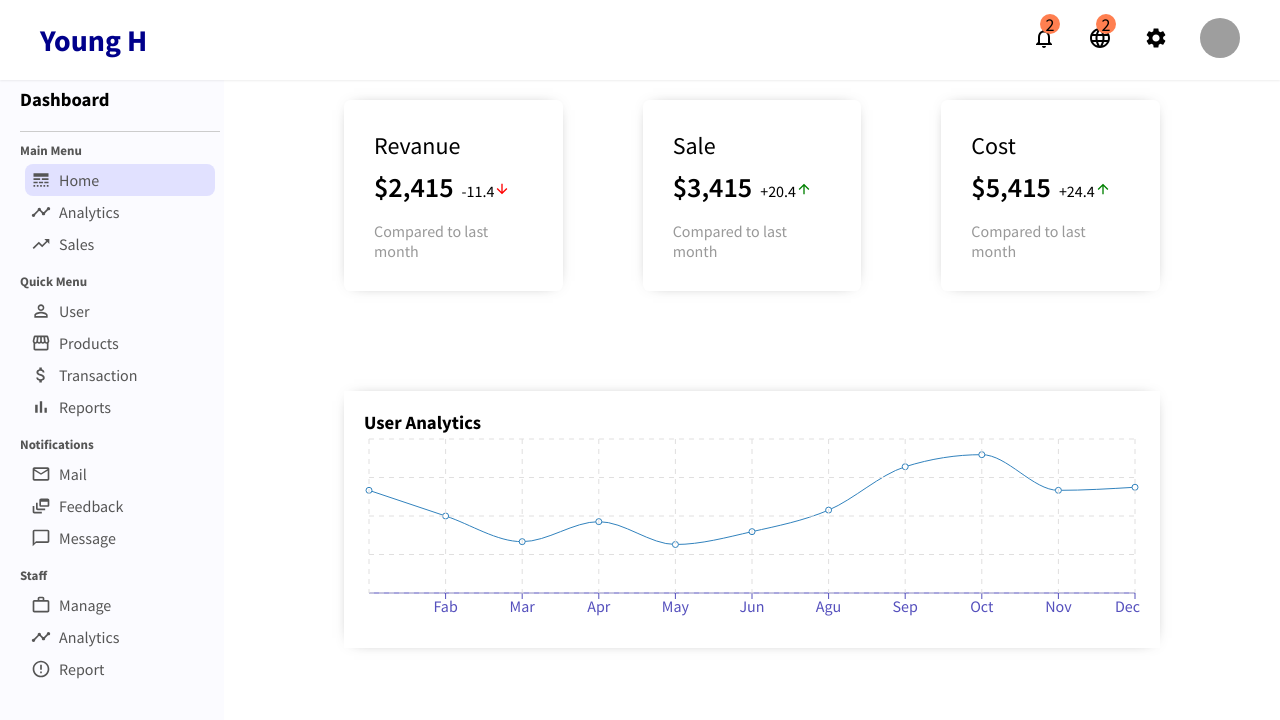
Repository: noname20011/admin
Page: /
These files come from the project's save history. The page is drawn as it stood at one moment and after the next save; the edit follows.
The browser window is 1280 px wide. The pictures show the whole page.
Pictures or frames that could not be fetched are drawn as grey boxes. The project was rebuilt for these pictures with package versions that can differ from the ones it lists, and the page was loaded fresh each time.

Above is the page before, as saved 2021-11-13 11:48:04.

### public/index.html
<!DOCTYPE html>
<html lang="en">
  <head>
    <meta charset="utf-8" />
    <link rel="icon" href="%PUBLIC_URL%/favicon.ico" />
    <meta name="viewport" content="width=device-width, initial-scale=1" />
    <meta name="theme-color" content="#000000" />
    <meta
      name="description"
      content="Web site created using create-react-app"
    />
    <!-- GOOGLE FONTS -->
    <link href="https://fonts.googleapis.com/css2?family=Source+Sans+Pro:wght@200;300;400;600;700;900&display=swap" rel="stylesheet">
    <style>
      * {
        font-family: 'Source Sans Pro', sans-serif;
        padding: 0;
        margin: 0;
      }
    </style>
    <title>React Admin App</title>
  </head>
  <body>
    <div id="root"></div>
  </body>
</html>

### src/App.js
import Topbar from "./comopnents/topbar/Topbar";
import Sidebar from "./comopnents/sidebar/Sidebar";
import Home from "./pages/home/Home.jsx"
import './app.css'
function App() {
  return (
    <div>
      <Topbar/>
      <div className="container">
        <Sidebar/>
        <Home/>
      </div>
    </div>
  );
}

export default App;

### src/comopnents/topbar/Topbar.jsx
import React from 'react'
import './topbar.css'

import { Language, NotificationsNone, Settings  } from '@material-ui/icons'

export default function Topbar() {
    return (
        <div className="topbar">
            <div className="topbarWrapper">
                <div className="topLeft">
                    <div className="logo">Young H</div>
                </div>
                <div className="topRight">
                    <div className="topbarIconContainer">
                        <NotificationsNone/>
                        <div className="topIconsBadge">2</div>
                    </div>
                    <div className="topbarIconContainer">
                        <Language/>
                        <div className="topIconsBadge">2</div>
                    </div>
                    <div className="topbarIconContainer">
                        <Settings/>
                    </div>
                    <div>
                        <img src="https://images.pexels.com/photos/1526814/pexels-photo-1526814.jpeg?auto=compress&cs=tinysrgb&dpr=2&w=500" alt="admin" className="topAvatar"/>
                    </div>
                </div>
            </div>
        </div>
    )
}

### src/comopnents/sidebar/Sidebar.jsx
import { AttachMoney, BarChart, ChatBubbleOutline, DynamicFeed, ErrorOutline, LineStyle, MailOutlined, PersonOutline, Storefront, Timeline, TrendingUp,  WorkOutlineOutlined } from '@material-ui/icons'
import React from 'react'
import "./sidebar.css"
export default function Sidebar() {
    return (
        <div className="sidebar">
            <div className="sidebarWrapper">
                <h3 className="sidebarTitle">Dashboard</h3>
                <div className="sidebarMenu">
                    <h4 className="sidebarMenuTitle">Main Menu</h4>
                    <ul className="sidebarLists">
                        <li className="sidebarListItem active">
                            <LineStyle className="sidebarIcon"/>
                            Home
                        </li>
                        <li className="sidebarListItem">
                            <Timeline className="sidebarIcon"/>
                            Analytics
                        </li>
                        <li className="sidebarListItem">
                            <TrendingUp className="sidebarIcon"/>
                            Sales
                        </li>
                    </ul>
                </div>
                <div className="sidebarMenu">
                    <h4 className="sidebarMenuTitle">Quick Menu</h4>
                    <ul className="sidebarLists">
                        <li className="sidebarListItem">
                            <PersonOutline className="sidebarIcon"/>
                            User
                        </li>
                        <li className="sidebarListItem">
                            <Storefront className="sidebarIcon"/>
                            Products
                        </li>
                        <li className="sidebarListItem">
                            <AttachMoney className="sidebarIcon"/>
                            Transaction
                        </li>
                        <li className="sidebarListItem">
                            <BarChart className="sidebarIcon"/>
                            Reports
                        </li>
                    </ul>
                </div>
                <div className="sidebarMenu">
                    <h4 className="sidebarMenuTitle">Notifications</h4>
                    <ul className="sidebarLists">
                        <li className="sidebarListItem">
                            <MailOutlined className="sidebarIcon"/>
                            Mail
                        </li>
                        <li className="sidebarListItem">
                            <DynamicFeed className="sidebarIcon"/>
                            Feedback
                        </li>
                        <li className="sidebarListItem">
                            <ChatBubbleOutline className="sidebarIcon"/>
                            Message
                        </li>
                    </ul>
                </div>
                <div className="sidebarMenu">
                    <h4 className="sidebarMenuTitle">Staff</h4>
                    <ul className="sidebarLists">
                        <li className="sidebarListItem">
                            <WorkOutlineOutlined className="sidebarIcon"/>
                            Manage
                        </li>
                        <li className="sidebarListItem">
                            <Timeline className="sidebarIcon"/>
                            Analytics
                        </li>
                        <li className="sidebarListItem">
                            <ErrorOutline className="sidebarIcon"/>
                            Report
                        </li>
                    </ul>
                </div>
            </div>
        </div>
    )
}

### src/pages/home/Home.jsx
import "./home.css"
import Feature from "../../comopnents/featureInfo/Feature"
import Chart from "../../comopnents/chart/Chart"
import {userData} from "../../dummyData"
export default function Home() {
    return (
        <div className="home">
            <Feature/>
            <Chart data={userData} title="User Analytics" grid dataKey="Active User"/>
        </div>
    )
}

### src/app.css
ul, li {
    list-style: none;
}

a {
    text-decoration: none;
}

.container {
    display: flex;
}

.other {
    flex: 4;
}

### src/comopnents/topbar/topbar.css
.topbar {
    width: 100%;
    height: 80px;
    background: #fff;
    box-shadow: 0 .5px 2px rgba(0, 0, 0, 0.07);

    position: sticky;
    top: 0;
    z-index: 1000;
}

.topbarWrapper {
    height: 100%;
    padding: 0 40px;
    display: flex;
    justify-content: space-between;
    align-items: center;
}

.logo {
    font-weight: bold;
    font-size: 30px;
    color: darkblue;
    cursor: pointer;
}

.topRight {
    display: flex;
    align-items: center;
    column-gap: 2rem;
}
.topbarIconContainer {
    position: relative;
    cursor: pointer;
}

.topIconsBadge {
    font-size: 18px;
    position: absolute;
    top: -12px;
    right: -4px;

    width: 20px;
    height: 20px;
    background-color: coral;
    border-radius: 50%;

    display: flex;
    place-content: center;
    place-items: center;
}

.topAvatar {
    width: 40px;
    height: 40px;
    object-fit: cover;
    border-radius: 50%;
    cursor: pointer;
}

### src/comopnents/sidebar/sidebar.css
.sidebar {
    flex: 1;
    background-color: rgb(251, 251, 255);
    position: sticky;
    top: 80px;
    height: calc(100vh - 80px);
}

.sidebarWrapper {
    padding: 8px 4px 0 20px;
}

.sidebarTitle {
    padding-bottom: 20px;
    margin-bottom: 10px;
    border-bottom: 1px solid #ccc;
}

.sidebarMenu {
    margin-bottom: 8px;
}

.sidebarMenuTitle {
    color: #555;
    font-size: 13px;
}

.sidebarLists {
    padding: 5px;
}

.sidebarListItem {
    display: flex;
    align-items: center;
    column-gap: .5rem;

    padding: 6px;
    color: #555;
    cursor: pointer;
    border-radius: .5rem;
}

.sidebarListItem.active,
.sidebarListItem:hover {
    background-color: rgb(225, 225, 255);
}

.sidebarIcon {
    font-size: 20px!important;
}

### src/pages/home/home.css
.home {
    flex: 4;
    margin: 0 80px;
}

### src/comopnents/featureInfo/Feature.jsx
import { ArrowDownward, ArrowUpward } from '@material-ui/icons'
import "./feature.css"

export default function Feature() {
    return (
        <div className="featured">
            <div className="featuredItem">
                <span className="featuredTitle">Revanue</span>
                <div className="featuredMoneyContainer">
                    <span className="featuredMoney">$2,415</span>
                    <span className="featuredMoneyRate">-11.4
                        <ArrowDownward className="featuredIcon negative"/>
                    </span>
                </div>
                <span className="featuredSub">Compared to last month
                </span>
            </div>

            <div className="featuredItem">
                <span className="featuredTitle">Sale</span>
                <div className="featuredMoneyContainer">
                    <span className="featuredMoney">$3,415</span>
                    <span className="featuredMoneyRate">+20.4
                        <ArrowUpward className="featuredIcon "/>
                    </span>
                </div>
                <span className="featuredSub">Compared to last month
                </span>
            </div>

            <div className="featuredItem">
                <span className="featuredTitle">Cost</span>
                <div className="featuredMoneyContainer">
                    <span className="featuredMoney">$5,415</span>
                    <span className="featuredMoneyRate">+24.4
                        <ArrowUpward className="featuredIcon "/>
                    </span>
                </div>
                <span className="featuredSub">Compared to last month</span>
            </div>
        </div>
    )
}

### src/comopnents/chart/Chart.jsx
import "./chart.css"
import { LineChart, Line, XAxis, YAxis, CartesianGrid, Tooltip, Legend, ResponsiveContainer } from 'recharts';



export default function Chart({ title, data, dataKey, grid }) {

    return (
        <div className="chart">
            <h3 className="chartTitle">{title}</h3>
            <ResponsiveContainer width="100%" aspect={4 / 1}>
                <LineChart data={data}>
                    <XAxis dataKey="name" stroke="#5550bd"/>
                    <Line type="monotone" dataKey={dataKey}/>
                    <Tooltip />
                    {grid && <CartesianGrid stroke="#e0dfdf" strokeDasharray="5 5" />}
                </LineChart>
            </ResponsiveContainer>
        </div>
    )
}

### src/dummyData.js
export const userData = [
    {
        name: 'Jan',
        "Active User": 4000,
    },
    {
        name: 'Fab',
        "Active User": 3000,

    },
    {
        name: 'Mar',
        "Active User": 2000,

    },
    {
        name: 'Apr',
        "Active User": 2780,
    },
    {
        name: 'May',
        "Active User": 1890,
    },
    {
        name: 'Jun',
        "Active User": 2390,
    },
    {
        name: 'Agu',
        "Active User": 3230,
    },
    {
        name: 'Sep',
        "Active User": 4920,
    },
    {
        name: 'Oct',
        "Active User": 5390,
    },
    {
        name: 'Nov',
        "Active User": 4000,
    },
    {
        name: 'Dec',
        "Active User": 4120,
    },
    ];

### src/comopnents/featureInfo/feature.css
.featured {
    display: flex;
    justify-content: space-between;
    width: 100%;
}
.featuredItem {
    flex: 1;
    width: 30%;
    margin: 20px 40px;
    padding: 30px;
    border-radius: .4rem;
    cursor: pointer;
    -webkit-box-shadow: 0px 0px 15px -10px rgba(0, 0, 0, 0.75);
    box-shadow: 0px 0px 15px -10px rgba(0, 0, 0, 0.75);
}

.featuredTitle {
    font-size: 24px;
    margin-bottom: 8px;
    display: block;
}

.featuredMoneyContainer {
    margin: 6px 0 16px;
}

.featuredMoney {
    font-weight: 600;
    font-size: 28px;
}

.featuredMoneyRate {
    font-size: 16px;
    margin-left: 8px;
}

.featuredIcon {
    font-size: 16px!important;
    color: green;
}

.featuredIcon.negative {
    color: red;
}

.featuredSub {
    color: #999;
    font-size: 16px;
}

### src/comopnents/chart/chart.css
.chart {
    -webkit-box-shadow: 0px 0px 15px -10px rgba(0, 0, 0, 0.75);
    box-shadow: 0px 0px 15px -10px rgba(0, 0, 0, 0.75);
    margin: 20px 40px;
    padding: 20px;
    margin-top: 80px;
}

Loaded but not shown: src/index.js (common file)

After the next save:
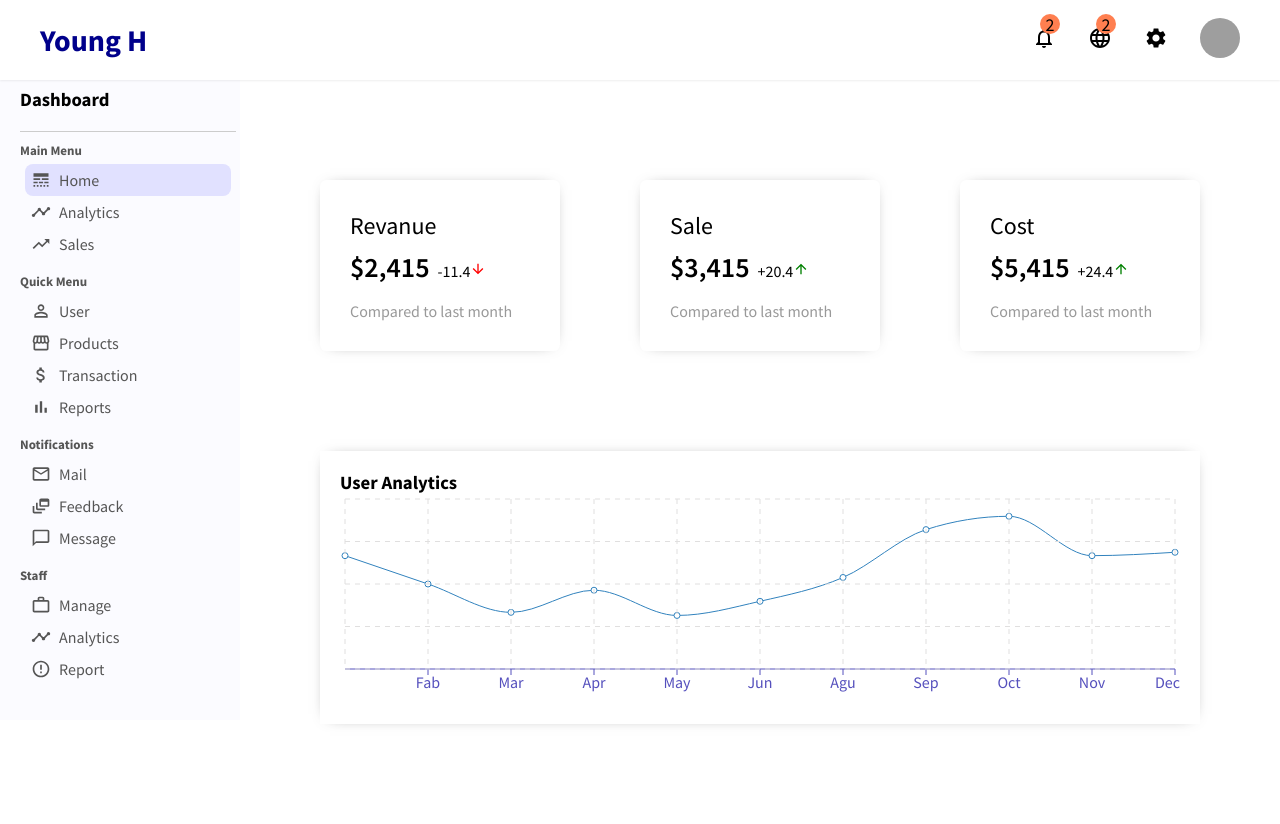
Saved 10 s later.
--- a/src/pages/home/home.css
+++ b/src/pages/home/home.css
@@ -1,4 +1,4 @@
 .home {
     flex: 4;
-    margin: 0 80px;
+    margin: 80px 40px;
 }
